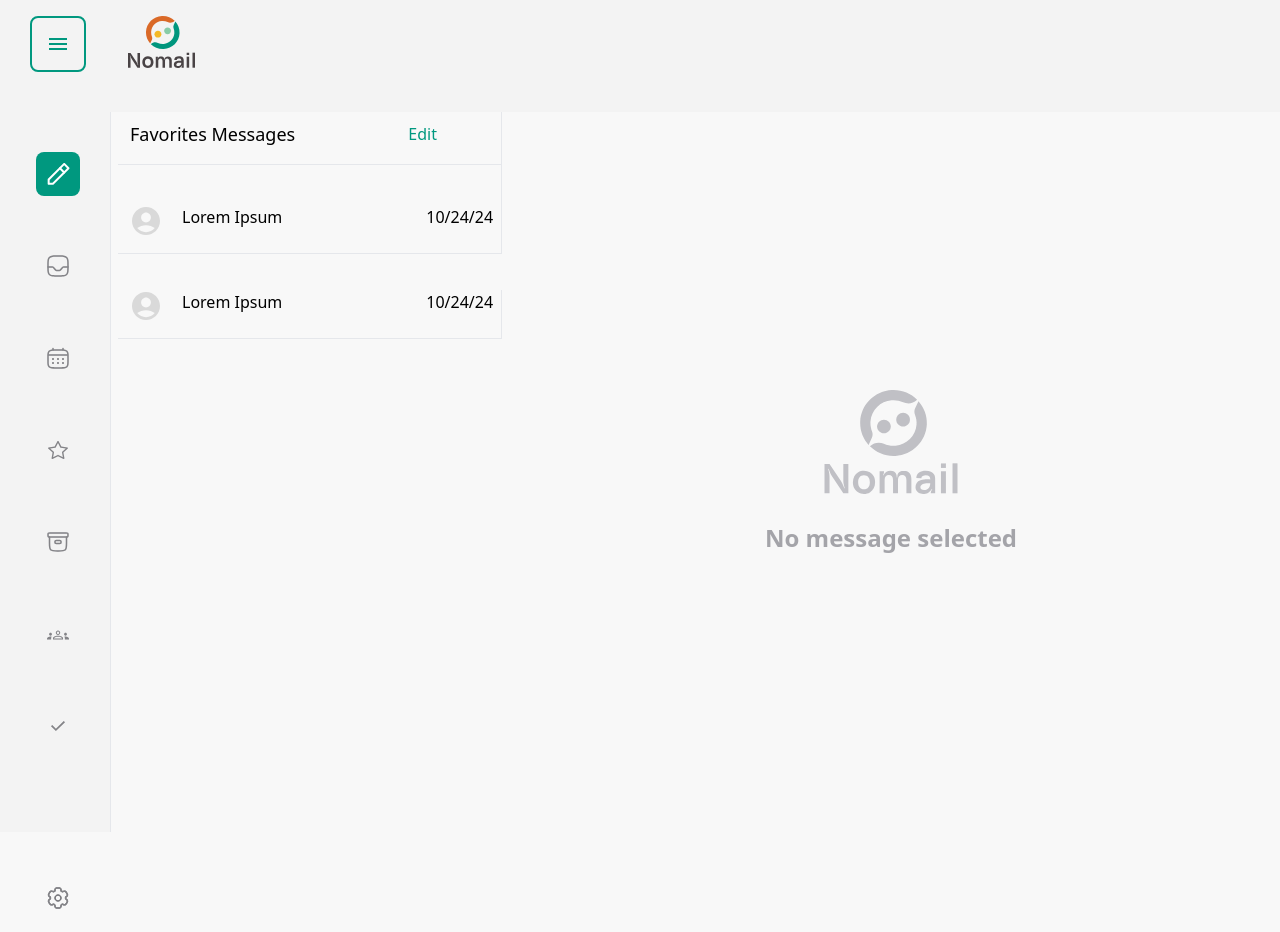
Repository: Tofigkh1/Nomail-Project
Page: /archive (app in client/)
An editor plug-in stored every save of this project. The page is shown before and after the next save, followed by the edit.
The browser window is 1280 px wide. The pictures show the whole page.
The project was rebuilt for these pictures with package versions that can differ from the ones it lists, and the page was loaded fresh each time. The framework's server and built-in components were replaced by stand-ins that run in the browser. Also part of the build but not shown: client/next.config.mjs, client/components/shared/svg/calendarActiveSvg.jsx, client/components/shared/svg/FavoritesActiveSvg.jsx.

Above is the page before, as saved 2024-10-30 05:01:14.

### client/app/layout.tsx

import type { Metadata } from "next";
import localFont from "next/font/local";
import "./Styles/globals.css";


const geistSans = localFont({
  src: "./fonts/GeistVF.woff",
  variable: "--font-geist-sans",
  weight: "100 900",
});
const geistMono = localFont({
  src: "./fonts/GeistMonoVF.woff",
  variable: "--font-geist-mono",
  weight: "100 900",
});

export const metadata: Metadata = {
  title: "Create Next App",
  description: "Generated by create next app",
};

export default function RootLayout({
  children,
}: Readonly<{
  children: React.ReactNode;
}>) {
  return (
    <html lang="en">
      <body
        className={`${geistSans.variable} ${geistMono.variable} antialiased`}
      >
        {children}

      </body>
    </html>
  );
}

### client/app/archive/page.tsx
"use client";
import Sidebar, { SidebarItem, SidebarContext } from '../../components/shared/client/SideBarMenu/sideBarMenu';
import NomailPaleSvg from '../../components/shared/svg/nomailPaleSvg';
import NewMail from '../../components/shared/svg/newMail';
import InboxSvg from '../../components/shared/svg/InboxSvg';
import CalendarSvg from '../../components/shared/svg/calendarSvg';
import FavoritesSvg from '../../components/shared/svg/FavoritesSvg';
import ArchiveSvg from '../../components/shared/svg/ArchiveSvg';
import GroupSvg from '../../components/shared/svg/groupSvg';
import TodoSvg from '../../components/shared/svg/TodoSvg';
import { usePathname } from 'next/navigation';
import { useRouter } from 'next/router';
import { useState } from 'react';
import CalendarActiveSvg from "../../components/shared/svg/calendarActiveSvg";
import SettingSvg from "../../components/shared/svg/settingSvg";
import FavoritesActiveSvg from "../../components/shared/svg/FavoritesActiveSvg";
import FavoritesMessage from '@/components/shared/client/FavoritesMessage';
import Header from '@/components/shared/client/Header/header';
import ArchiveMessage from '@/components/shared/client/archiveMessage';


export default function ArchivePage() {
    const pathname = usePathname(); // Pathname'i almak için usePathname kullanıldı

    const [expanded, setExpanded] = useState(false)
    const sidebarWidth = expanded ? '200px' : '45px';


    return(
        <SidebarContext.Provider value={{ expanded, setExpanded }}>
        <div>
        <Header />
        <div className="flex">
               <div style={{ width: sidebarWidth }}>
                        <Sidebar>
                            <SidebarItem
                                icon={<NewMail />}
                                text="New Mail"
                                active={false}
                                onClick={() => {}} // Handle clicks if needed
                            />
                            <SidebarItem
                                icon={<InboxSvg />}
                                text="Inbox"
                                active={false}
                                onClick={() => {}}

                            />
                            <SidebarItem
                                icon={pathname === '/calendar' ? <CalendarActiveSvg /> : <CalendarSvg />}
                                active={pathname === '/calendar'}
                                text="Calendar"
                                onClick={() => push('/calendar')}
                                style={pathname === '/calendar' ? { color: 'green' } : {}}
                            />
                            <SidebarItem
                                 icon={pathname === '/favorites' ? <FavoritesActiveSvg /> : <FavoritesSvg />}
                                 active={pathname === '/favorites'}
                                 text="Favorites"
                                 onClick={() => push('/favorites')}
                                 style={pathname === '/favorites' ? { color: 'green' } : {}}
                            />
                            <SidebarItem
                                icon={<ArchiveSvg />}
                                text="Archive"
                                active={false}
                                onClick={() => {}}
                            />
                            <SidebarItem
                                icon={<GroupSvg />}
                                text="Groups"
                                active={false}
                                onClick={() => {}}
                            />
                            <SidebarItem
                                icon={<TodoSvg />}
                                text="To do"
                                active={false}
                                onClick={() => {}}
                            />

                            {/* Settings item moved to the bottom */}
                            <div className=" mt-28">
                                <SidebarItem
                                    icon={<SettingSvg />}
                                    text="Settings"
                                    active={false}
                                    onClick={() => {}}
                                />
                            </div>
                        </Sidebar>
                    </div>

                          {/* MainFrameMessage Section */}
      <div style={{ marginLeft: "73px" }} className="">
                        <ArchiveMessage />

                    </div>


      {/* No message section */}
      <div className="flex flex-grow justify-center items-center h-screen flex-col font-semibold text-textGray gap-7 text-2xl">
                        <NomailPaleSvg />
                        <h1>No message selected</h1>
                    </div>
                    </div>
        </div>
        </SidebarContext.Provider>
    )

}

### client/app/Styles/globals.css
@tailwind base;
@tailwind components;
@tailwind utilities;

body{
  background-color: #f8f8f8;
}

.App {
  font-family: sans-serif;
  text-align: center;
}


:root {
  --background: #ffffff;
  --foreground: #171717;
}

@media (prefers-color-scheme: dark) {
  :root {
    --background: #0a0a0a;
    --foreground: #ededed;
  }
}


@layer utilities {
  .text-balance {
    text-wrap: balance;
  }
}

### client/components/shared/client/SideBarMenu/sideBarMenu.tsx
'use client';
import React, {  useContext, ReactNode } from "react";
// import { ChevronFirst, ChevronLast } from "lucide-react";


export const SidebarContext = React.createContext<{ expanded: boolean; setExpanded: (expanded: boolean) => void; }>({
    expanded: false,
    setExpanded: () => {},
});

// Sidebar component now depends on context for state
export default function Sidebar({ children }: { children: ReactNode }) {
    const { expanded } = useContext(SidebarContext);

    return (
        <aside className="h-screen bg-headerColor">
            <nav
                className={`h-full flex flex-col bg-headerColor border-r border-whiteLight3 transition-all duration-200 ease-in-out ml-3 ${expanded ? "w-[127%] h-[130%] " : "w-[99px]"}`}>

                <ul className=" flex-1 px-3">{children}</ul>
            </nav>
        </aside>
    );
}

// SidebarItem component for individual items inside the sidebar
type SidebarItemProps = {
    icon: ReactNode;   // Icon to display in the sidebar item
    text: string;      // Text to display in the sidebar item
    active: boolean;   // Boolean to determine if the item is active (highlighted)
    onClick: () => void; // Add onClick function to handle clicks
    style?: React.CSSProperties;
};

export function SidebarItem({icon, text, active, onClick,style}: SidebarItemProps) {
    const context = useContext(SidebarContext); // Sidebar context to manage expanded/collapsed state
    const {expanded} = context!;

    return (

        <li
            onClick={onClick} // Attach the click handler here
            style={style}
            className={`group relative flex items-center py-2 px-3 my-1 font-medium rounded-md cursor-pointer transition-colors mt-8
                ${
                  active
                    ? "text-mainRedLight" // Active item style
                    : expanded || active // Eğer expanded true ise hover stilini ekle
                    ? "hover:bg-textColorGreen"
                    : "" // Expanded değilse hover stili olmasın
                }`}
        >

            <span className="text-xl transition-all duration-300 ease-in-out">
        {icon}
      </span>

            {/* Text büyütüldü ve boşluk artırıldı */}
            {expanded && (
                <span className="ml-4 text-xl text-black transition-all duration-300 ease-in-out ">
          {text}
        </span>
            )}


            {!expanded && (
                <span
                    className={` absolute left-full whitespace-nowrap bg-textColorGreen text-white rounded-md py-1 px-2 transition-all duration-300 ease-in-out ml-2 opacity-0 group-hover:opacity-100`}
                >
          {text}
        </span>
            )}
        </li>
    );
}

### client/components/shared/svg/newMail.jsx
'use client'
export default function  newMail(){
    return(
        <>
            <svg width="44" height="44" viewBox="0 0 44 44" fill="none" xmlns="http://www.w3.org/2000/svg">
                <rect width="44" height="44" rx="8" fill="#00987F"/>
                <path fill-rule="evenodd" clip-rule="evenodd"
                      d="M27.5115 11.2439C27.902 10.8534 28.5351 10.8534 28.9257 11.2438L33.1687 15.4863C33.3562 15.6739 33.4616 15.9282 33.4616 16.1935C33.4616 16.4587 33.3562 16.7131 33.1687 16.9006L17.6122 32.4571C17.4247 32.6446 17.1703 32.75 16.9051 32.75H12.6626C12.1103 32.75 11.6626 32.3023 11.6626 31.75V27.5075C11.6626 27.2423 11.768 26.9879 11.9555 26.8004L27.5115 11.2439ZM28.2187 13.3652L13.6626 27.9217V30.75H16.4909L31.0473 16.1935L28.2187 13.3652Z"
                      fill="white"/>
                <path fill-rule="evenodd" clip-rule="evenodd"
                      d="M23.269 15.4864C23.6595 15.0959 24.2927 15.0959 24.6832 15.4864L28.9257 19.7289C29.3162 20.1194 29.3162 20.7526 28.9257 21.1431C28.5352 21.5336 27.902 21.5336 27.5115 21.1431L23.269 16.9006C22.8784 16.5101 22.8784 15.8769 23.269 15.4864Z"
                      fill="white"/>
            </svg>


        </>
    )
}

### client/components/shared/svg/FavoritesSvg.jsx
'use client'
export default function  favoritesSvg(){
    return(
        <>
            <svg width="44" height="44" viewBox="0 0 44 44" fill="none" xmlns="http://www.w3.org/2000/svg">
                <path
                    d="M15.5808 30.2201C15.4833 30.7528 16.0307 31.1692 16.5132 30.9316L22.0006 28.2246L27.4868 30.9316C27.9693 31.1692 28.5168 30.7528 28.4193 30.2213L27.3818 24.5457L31.7842 20.5188C32.1967 20.142 31.9842 19.4533 31.4317 19.3789L25.3093 18.5438L22.5794 13.3517C22.5274 13.2465 22.4453 13.1576 22.3428 13.0953C22.2402 13.0331 22.1214 13 22 13C21.8787 13 21.7598 13.0331 21.6573 13.0953C21.5547 13.1576 21.4727 13.2465 21.4206 13.3517L18.6907 18.545L12.5683 19.3801C12.0171 19.4545 11.8033 20.1432 12.2146 20.52L16.6182 24.5469L15.5808 30.2225V30.2201ZM21.7119 26.8999L17.1045 29.1725L17.972 24.4245C17.9928 24.3152 17.9852 24.2026 17.9496 24.0969C17.914 23.9911 17.8517 23.8955 17.7682 23.8185L14.1358 20.4948L19.2007 19.8037C19.3054 19.788 19.4046 19.7484 19.4901 19.6883C19.5756 19.6281 19.6448 19.5492 19.6919 19.4581L21.9981 15.0688L24.3068 19.4581C24.354 19.5492 24.4232 19.6281 24.5086 19.6883C24.5941 19.7484 24.6934 19.788 24.7981 19.8037L29.863 20.4936L26.2306 23.8173C26.1469 23.8944 26.0844 23.9903 26.0488 24.0962C26.0133 24.2022 26.0057 24.315 26.0268 24.4245L26.8943 29.1725L22.2869 26.8999C22.1979 26.8555 22.0991 26.8324 21.9988 26.8324C21.8985 26.8324 21.8009 26.8555 21.7119 26.8999Z"
                    fill="#A4A4A9"/>
                <path
                    d="M15.5808 30.2201C15.4833 30.7528 16.0307 31.1692 16.5132 30.9316L22.0006 28.2246L27.4868 30.9316C27.9693 31.1692 28.5168 30.7528 28.4193 30.2213L27.3818 24.5457L31.7842 20.5188C32.1967 20.142 31.9842 19.4533 31.4317 19.3789L25.3093 18.5438L22.5794 13.3517C22.5274 13.2465 22.4453 13.1576 22.3428 13.0953C22.2402 13.0331 22.1214 13 22 13C21.8787 13 21.7598 13.0331 21.6573 13.0953C21.5547 13.1576 21.4727 13.2465 21.4206 13.3517L18.6907 18.545L12.5683 19.3801C12.0171 19.4545 11.8033 20.1432 12.2146 20.52L16.6182 24.5469L15.5808 30.2225V30.2201ZM21.7119 26.8999L17.1045 29.1725L17.972 24.4245C17.9928 24.3152 17.9852 24.2026 17.9496 24.0969C17.914 23.9911 17.8517 23.8955 17.7682 23.8185L14.1358 20.4948L19.2007 19.8037C19.3054 19.788 19.4046 19.7484 19.4901 19.6883C19.5756 19.6281 19.6448 19.5492 19.6919 19.4581L21.9981 15.0688L24.3068 19.4581C24.354 19.5492 24.4232 19.6281 24.5086 19.6883C24.5941 19.7484 24.6934 19.788 24.7981 19.8037L29.863 20.4936L26.2306 23.8173C26.1469 23.8944 26.0844 23.9903 26.0488 24.0962C26.0133 24.2022 26.0057 24.315 26.0268 24.4245L26.8943 29.1725L22.2869 26.8999C22.1979 26.8555 22.0991 26.8324 21.9988 26.8324C21.8985 26.8324 21.8009 26.8555 21.7119 26.8999Z"
                    fill="black" fill-opacity="0.2"/>
            </svg>


        </>
    )
}

### client/components/shared/svg/ArchiveSvg.jsx
'use client'
export default function archiveSvg(){
    return(
        <>
            <svg width="44" height="44" viewBox="0 0 44 44" fill="none" xmlns="http://www.w3.org/2000/svg">
                <path
                    d="M19 22C19 21.534 19 21.301 19.076 21.117C19.1777 20.8725 19.3723 20.6783 19.617 20.577C19.801 20.5 20.034 20.5 20.5 20.5H23.5C23.966 20.5 24.199 20.5 24.383 20.576C24.6275 20.6777 24.8217 20.8723 24.923 21.117C25 21.301 25 21.534 25 22C25 22.466 25 22.699 24.924 22.883C24.8223 23.1275 24.6277 23.3217 24.383 23.423C24.199 23.5 23.966 23.5 23.5 23.5H20.5C20.034 23.5 19.801 23.5 19.617 23.424C19.3725 23.3223 19.1783 23.1277 19.077 22.883C19 22.699 19 22.466 19 22Z"
                    stroke="#A4A4A9" stroke-width="1.5"/>
                <path
                    d="M19 22C19 21.534 19 21.301 19.076 21.117C19.1777 20.8725 19.3723 20.6783 19.617 20.577C19.801 20.5 20.034 20.5 20.5 20.5H23.5C23.966 20.5 24.199 20.5 24.383 20.576C24.6275 20.6777 24.8217 20.8723 24.923 21.117C25 21.301 25 21.534 25 22C25 22.466 25 22.699 24.924 22.883C24.8223 23.1275 24.6277 23.3217 24.383 23.423C24.199 23.5 23.966 23.5 23.5 23.5H20.5C20.034 23.5 19.801 23.5 19.617 23.424C19.3725 23.3223 19.1783 23.1277 19.077 22.883C19 22.699 19 22.466 19 22Z"
                    stroke="black" stroke-opacity="0.2" stroke-width="1.5"/>
                <path
                    d="M30.5 17V23C30.5 26.771 30.5 28.657 29.328 29.828C28.157 31 26.271 31 22.5 31H21.5C17.729 31 15.843 31 14.672 29.828C13.5 28.657 13.5 26.771 13.5 23V17"
                    stroke="#A4A4A9" stroke-width="1.5" stroke-linecap="round"/>
                <path
                    d="M30.5 17V23C30.5 26.771 30.5 28.657 29.328 29.828C28.157 31 26.271 31 22.5 31H21.5C17.729 31 15.843 31 14.672 29.828C13.5 28.657 13.5 26.771 13.5 23V17"
                    stroke="black" stroke-opacity="0.2" stroke-width="1.5" stroke-linecap="round"/>
                <path
                    d="M12 15C12 14.057 12 13.586 12.293 13.293C12.586 13 13.057 13 14 13H30C30.943 13 31.414 13 31.707 13.293C32 13.586 32 14.057 32 15C32 15.943 32 16.414 31.707 16.707C31.414 17 30.943 17 30 17H14C13.057 17 12.586 17 12.293 16.707C12 16.414 12 15.943 12 15Z"
                    stroke="#A4A4A9" stroke-width="1.5"/>
                <path
                    d="M12 15C12 14.057 12 13.586 12.293 13.293C12.586 13 13.057 13 14 13H30C30.943 13 31.414 13 31.707 13.293C32 13.586 32 14.057 32 15C32 15.943 32 16.414 31.707 16.707C31.414 17 30.943 17 30 17H14C13.057 17 12.586 17 12.293 16.707C12 16.414 12 15.943 12 15Z"
                    stroke="black" stroke-opacity="0.2" stroke-width="1.5"/>
            </svg>

        </>
    )
}

### client/components/shared/svg/TodoSvg.jsx
'use client'
export default function  todoSvg(){
    return(
        <>
            <svg width="44" height="44" viewBox="0 0 44 44" fill="none" xmlns="http://www.w3.org/2000/svg">
                <path d="M19.8957 27L15 22.2599L16.2239 21.0748L19.8957 24.6299L27.7761 17L29 18.185L19.8957 27Z"
                      fill="#A4A4A9"/>
                <path d="M19.8957 27L15 22.2599L16.2239 21.0748L19.8957 24.6299L27.7761 17L29 18.185L19.8957 27Z"
                      fill="black" fill-opacity="0.2"/>
            </svg>

        </>
    )
}

### client/components/shared/client/Header/header.tsx
'use client';
import { useContext } from "react";
import { SidebarContext } from '../SideBarMenu/sideBarMenu'; // Import context
import NomailLogo from "@/components/shared/svg/headerlLogoSvg";
import HamburgerBtnSvg from "../../svg/hamburgerBtnSvg"



export default function Header() {

    const { expanded, setExpanded } = useContext(SidebarContext); // Access context

    return (
        <div className="flex items-center justify-between p-4 bg-headerColor text-white">
            <div className='w-auto h-20 flex gap-14'>

                <div>
                    <button onClick={() => setExpanded(!expanded)}
                            className="pl-3.5  hover:bg-clientButtonGreen w-14 h-11">
                        <HamburgerBtnSvg/>
                    </button>
                </div>

                <div>
                    <NomailLogo/>
                </div>


            </div>
        </div>
    );
}

### client/components/shared/client/archiveMessage/index.tsx
// import CheckboxComponent from "../CheckBox";
// import SearchIconSvg from "../../svg/SearchIconSvg";
import ProfileSvg from "../../../../components/shared/svg/ProfileSvg"

export default function ArchiveMessage() {

    return (
        <>

        <div className=" flex flex-col gap-9">
            <div className='w-96  border-r border-whiteLight3 '>







                <div className='flex text-textColGreen font-medium justify-between mt-2'>
                <h1 className="text-black ml-3 text-lg">Favorites Messages</h1>
                    <button className=" mr-16">Edit</button>
                </div>
                <div className="border-b border-whiteLight3 mt-4 w-full"></div>

                <div className=" mt-10">

                    <div className=" flex gap-36 ml-3">



                <div className=" flex gap-5">
                <ProfileSvg/>
                <h1>Lorem Ipsum</h1>

                </div>

                <div>
                <h1 className="">10/24/24</h1>
                </div>

                </div>



                </div>
                <div className="border-b border-whiteLight3 mt-4 w-full">

</div>
            </div>


            <div className='w-96  border-r border-whiteLight3  '>


               <div className=" flex gap-36 ml-3">



           <div className=" flex gap-5">
           <ProfileSvg/>
           <h1>Lorem Ipsum</h1>

           </div>

           <div>
           <h1 className="">10/24/24</h1>
           </div>

           </div>


           <div className="border-b border-whiteLight3 mt-4 w-full">
           </div>
           </div>


           </div>
        </>
    );
}

### client/components/shared/svg/hamburgerBtnSvg.jsx
'use client'
export default function  HamburgerBtnSvg(){
    return(
        <>
            <svg width="56" height="56" viewBox="0 0 56 56" fill="none" xmlns="http://www.w3.org/2000/svg">
                <rect x="1" y="1" width="54" height="54" rx="7" stroke="#00987F" stroke-width="2"/>
                <path d="M19 22H37V24H19V22ZM19 27H37V29H19V27ZM19 32H37V34H19V32Z" fill="#00987F"/>
            </svg>


        </>
    )
}

### client/components/shared/svg/ProfileSvg.jsx
'use client'
export default function  ProfileSvg(){
    return(
        <>


            <svg width="32" height="32" viewBox="0 0 32 32" fill="none" xmlns="http://www.w3.org/2000/svg">
<g clip-path="url(#clip0_1904_19120)">
<path fill-rule="evenodd" clip-rule="evenodd" d="M16 2C8.2678 2 2 8.2678 2 16C2 23.7322 8.2678 30 16 30C23.7322 30 30 23.7322 30 16C30 8.2678 23.7322 2 16 2ZM11.1 12.5C11.1 11.8565 11.2267 11.2193 11.473 10.6249C11.7192 10.0304 12.0802 9.49018 12.5352 9.03518C12.9902 8.58017 13.5304 8.21924 14.1249 7.97299C14.7193 7.72674 15.3565 7.6 16 7.6C16.6435 7.6 17.2807 7.72674 17.8751 7.97299C18.4696 8.21924 19.0098 8.58017 19.4648 9.03518C19.9198 9.49018 20.2808 10.0304 20.527 10.6249C20.7733 11.2193 20.9 11.8565 20.9 12.5C20.9 13.7996 20.3838 15.0459 19.4648 15.9648C18.5459 16.8838 17.2996 17.4 16 17.4C14.7004 17.4 13.4541 16.8838 12.5352 15.9648C11.6162 15.0459 11.1 13.7996 11.1 12.5ZM24.7612 22.9776C23.7129 24.2955 22.3805 25.3597 20.8635 26.0908C19.3465 26.8219 17.684 27.2011 16 27.2C14.316 27.2011 12.6535 26.8219 11.1365 26.0908C9.61949 25.3597 8.28713 24.2955 7.2388 22.9776C9.5082 21.3494 12.605 20.2 16 20.2C19.395 20.2 22.4918 21.3494 24.7612 22.9776Z" fill="#D9D9D9"/>
</g>
<defs>
<clipPath id="clip0_1904_19120">
<rect width="32" height="32" fill="white"/>
</clipPath>
</defs>
</svg>


        </>
    )
}

### client/tailwind.config.ts
import type { Config } from "tailwindcss";

const config: Config = {
  content: [
    "./pages/**/*.{js,ts,jsx,tsx,mdx}",
    "./components/**/*.{js,ts,jsx,tsx,mdx}",
    "./app/**/*.{js,ts,jsx,tsx,mdx}",
  ],
  theme: {
    extend: {
      colors: {
        background: "var(--background)",
        foreground: "var(--foreground)",
        headerColor: "#F3F3F3",
        textColorGreen: "#00987F",
        textGray: "#A4A4A9",
        sideBarColor: "#E5E5E5",
        textColGreen: "#00987F",
        bordersColor: "#D1D1D6"
      },
    },
  },
  plugins: [],
};
export default config;

Loaded but not shown: client/components/shared/svg/settingSvg.jsx (25 lines, source omitted); client/components/shared/svg/calendarSvg.jsx (31 lines, source omitted); client/components/shared/svg/InboxSvg.jsx (17 lines, source omitted); client/components/shared/svg/groupSvg.jsx (17 lines, source omitted); client/components/shared/svg/nomailPaleSvg.jsx (38 lines, source omitted); client/components/shared/svg/headerlLogoSvg.jsx (38 lines, source omitted)

After the next save:
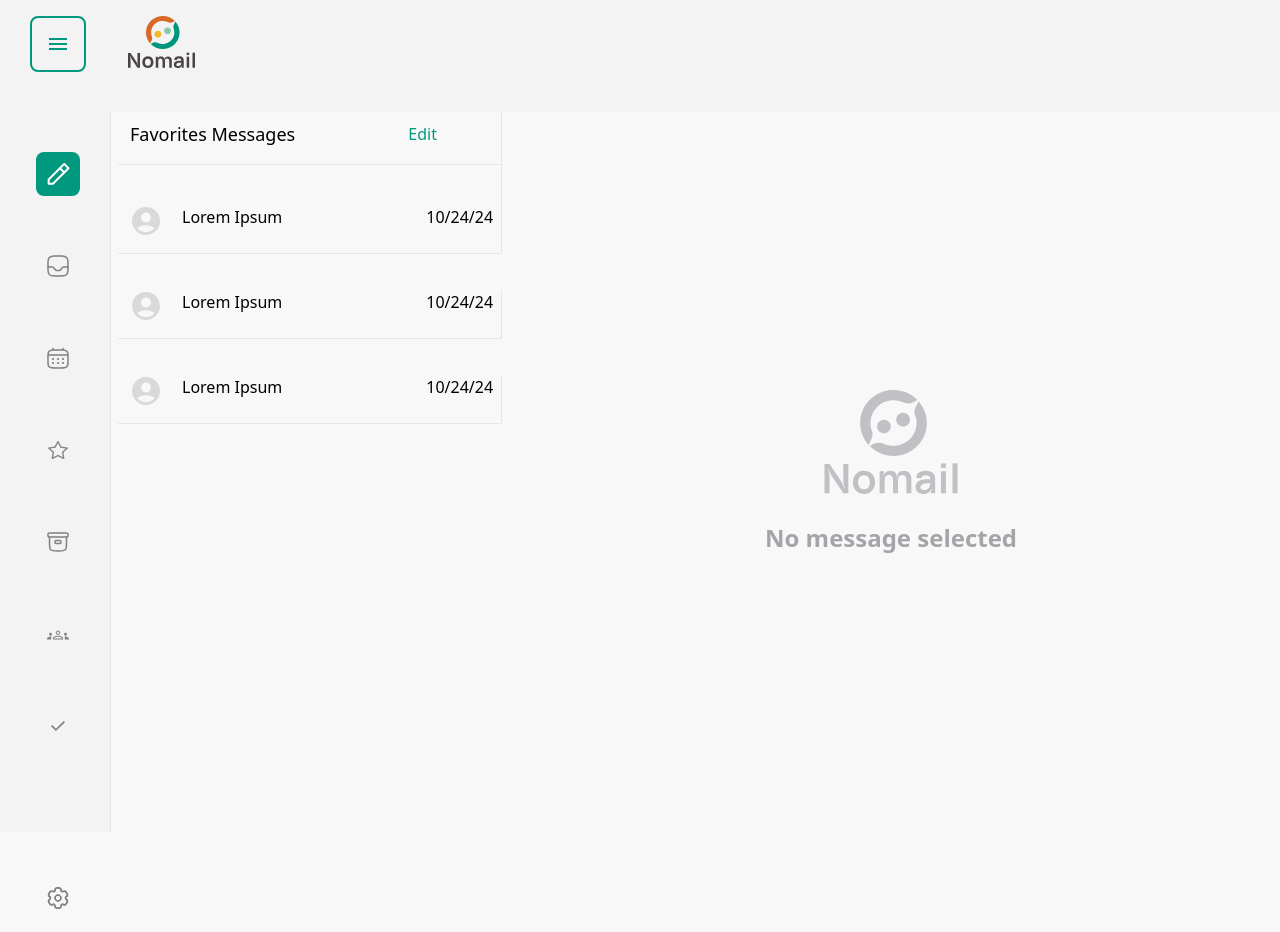
Saved 6 s later.
--- a/client/components/shared/client/archiveMessage/index.tsx
+++ b/client/components/shared/client/archiveMessage/index.tsx
@@ -73,7 +73,29 @@ export default function ArchiveMessage() {
            </div>
            </div>
 
+           <div className='w-96  border-r border-whiteLight3  '>
 
+
+           <div className=" flex gap-36 ml-3">
+
+
+
+       <div className=" flex gap-5">
+       <ProfileSvg/>
+       <h1>Lorem Ipsum</h1>
+
+       </div>
+
+       <div>
+       <h1 className="">10/24/24</h1>
+       </div>
+
+       </div>
+
+
+       <div className="border-b border-whiteLight3 mt-4 w-full">
+       </div>
+       </div>
            </div>
         </>
     );
